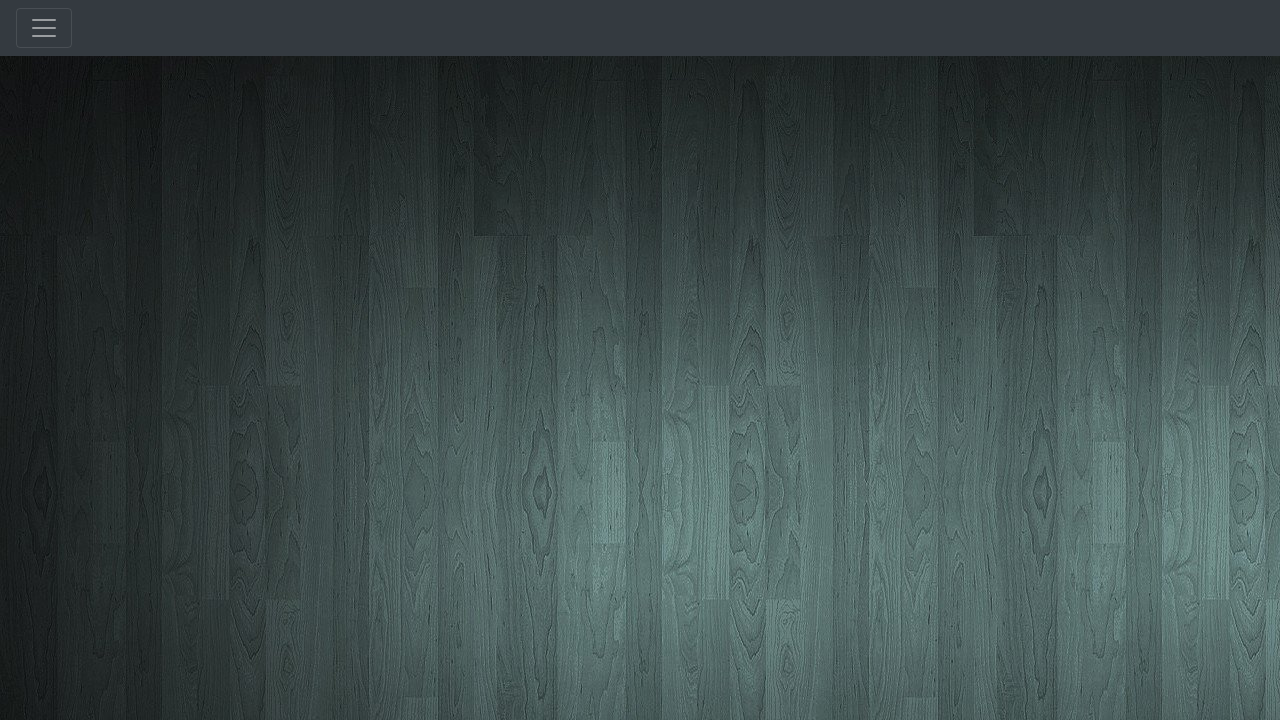
Repository: UncEmerson/UncEmerson
Page: index.html
These files come from the project's save history. The page is drawn as it stood at one moment and after the next save; the edit follows.
The browser window is 1280 px wide. The pictures show the whole page.

Above is the page before, as saved 2019-06-11 23:46:31.

After the next save:
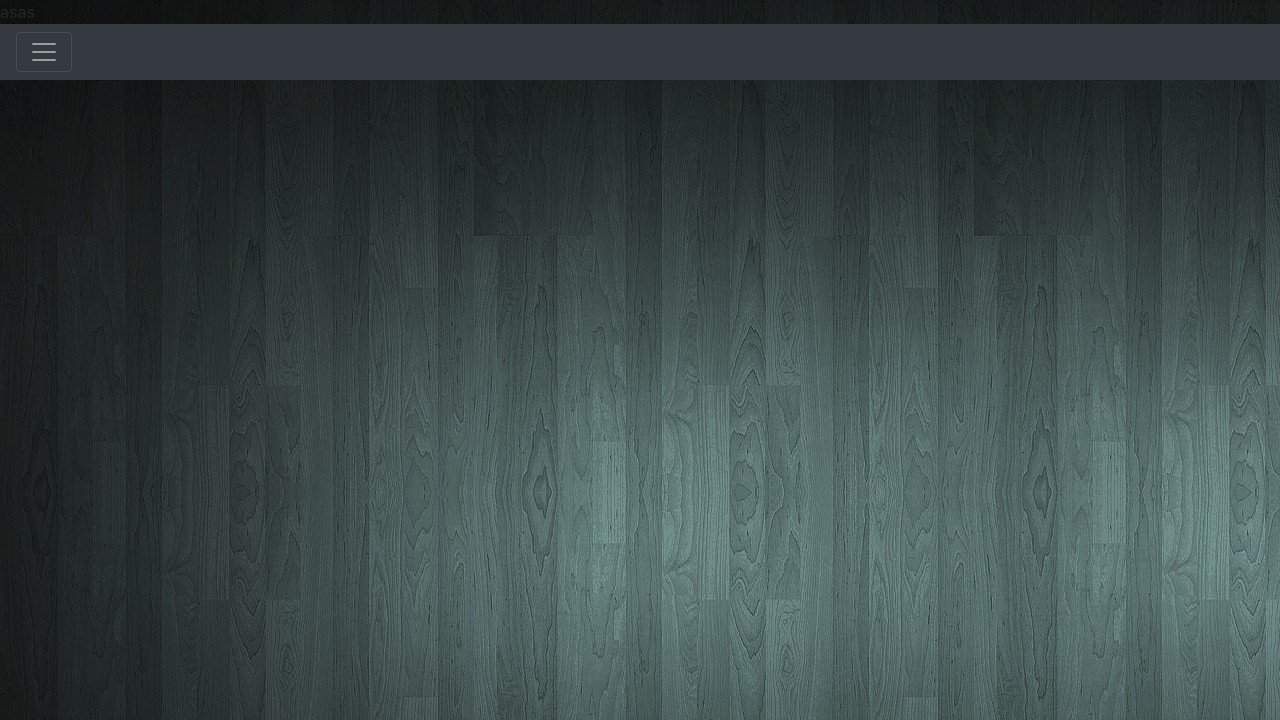
Saved 2 min 10 s later.
--- a/index.html
+++ b/index.html
@@ -15,6 +15,7 @@
 <body class="fondo1">
     <header>
         <div class="pos-f-t">
+            asas
             <div class="collapse" id="navbarToggleExternalContent">
                 <div class="bg-dark p-4">
 

After the save that followed:
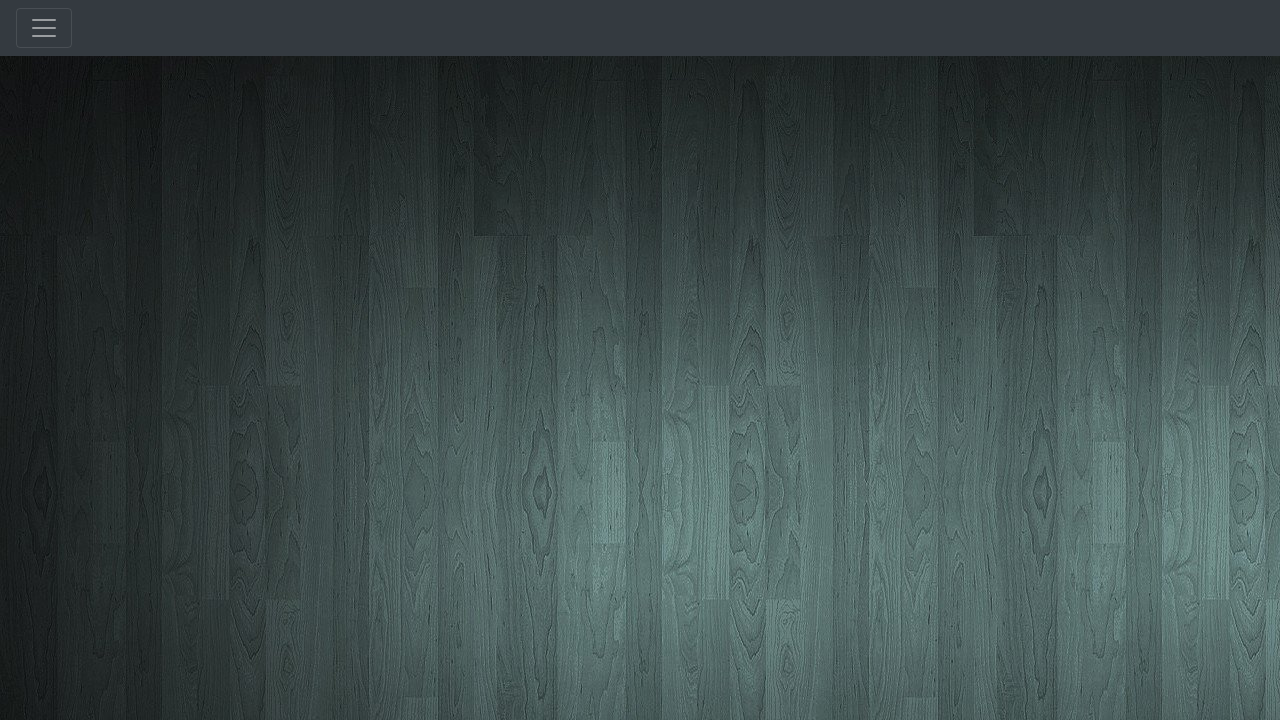
Saved 8 s later.
--- a/index.html
+++ b/index.html
@@ -15,7 +15,6 @@
 <body class="fondo1">
     <header>
         <div class="pos-f-t">
-            asas
             <div class="collapse" id="navbarToggleExternalContent">
                 <div class="bg-dark p-4">
 
